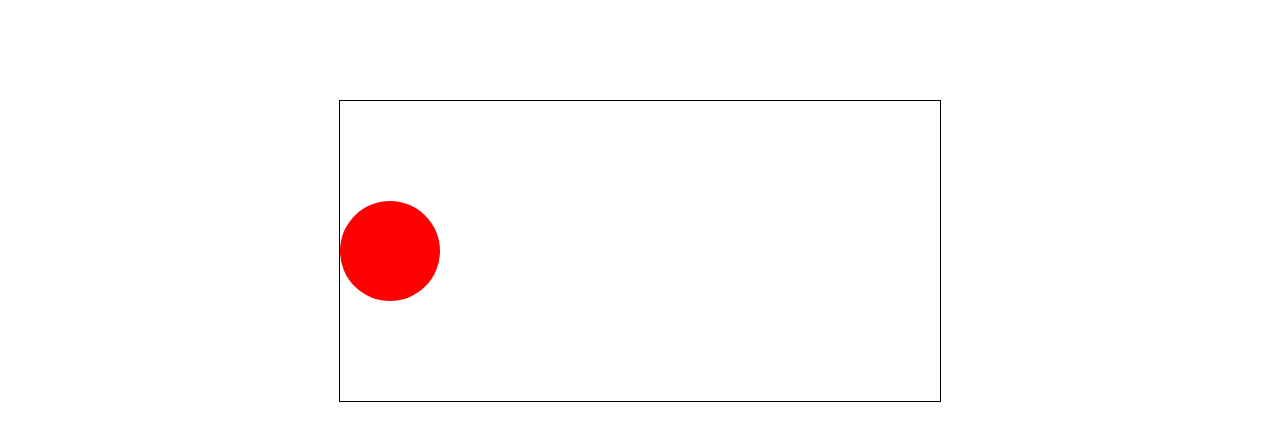
Repository: taoxiaofeng/hello-javascript
Page: demo/demo.html
These files come from the project's save history. The page is drawn as it stood at one moment and after the next save; the edit follows.
The browser window is 1280 px wide. The pictures show the whole page.

Above is the page before, as saved 2024-07-13 13:01:54.

### demo/demo.html
<!DOCTYPE html>
<html lang="en">
<head>
    <meta charset="UTF-8">
    <meta name="viewport" content="width=device-width, initial-scale=1.0">
    <title>Document</title>
    <style>
        .container {
            width: 600px;
            height: 300px;
            position: relative;
            margin: 100px auto;
            border: 1px solid #000;
        }
        .item {
            width: 100px;
            height: 100px;
            border-radius: 50%;
            background-color: red;
            position: absolute;
            top: 50%;
            left: 50px;
            transform: translate(-50%, -50%);
            animation: move 2s linear infinite;
        }

        @keyframes move {
            50% {
                /* calc(父元素的宽度 - 自身的宽度)*/
                transform: translateX();
            }
        }
    </style>
</head>
<body>
    <div class="container">
        <div class="item"></div>
    </div>
</body>
</html>

After the next save:
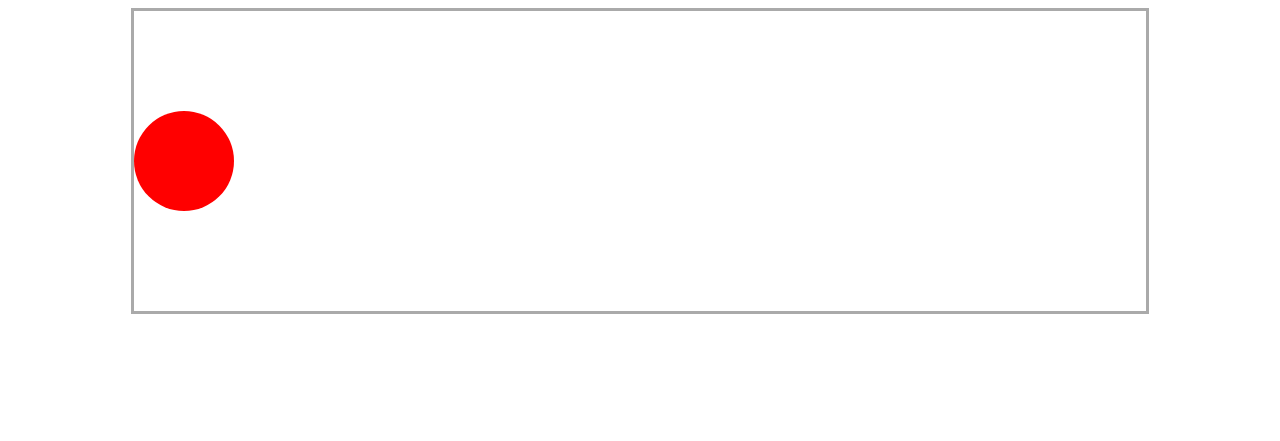
Saved 60 min 34 s later.
--- a/demo/demo.html
+++ b/demo/demo.html
@@ -6,11 +6,11 @@
     <title>Document</title>
     <style>
         .container {
-            width: 600px;
+            width: 80%;
             height: 300px;
             position: relative;
-            margin: 100px auto;
-            border: 1px solid #000;
+            border: 3px solid #aaa;
+            margin: 0 auto;
         }
         .item {
             width: 100px;
